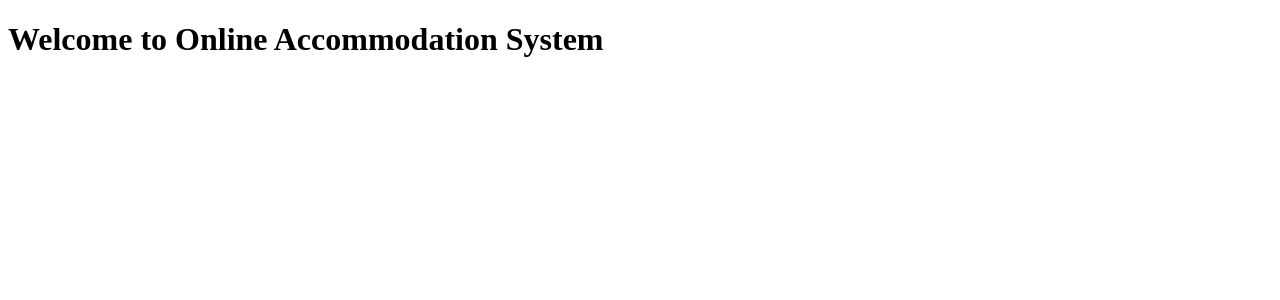
Repository: ITpatrick1/Accommodation-System
Page: http://localhost/test.php
These files come from the project's save history. The page is drawn as it stood at one moment and after a run of saves; the edit follows.
The browser window is 1280 px wide. The pictures show the whole page.
The page is run by PHP 8.4 with error messages shown; the project is at /var/www/html/.

Above is the page before, as saved 2024-08-19 18:26:31.

After the next 2 saves:
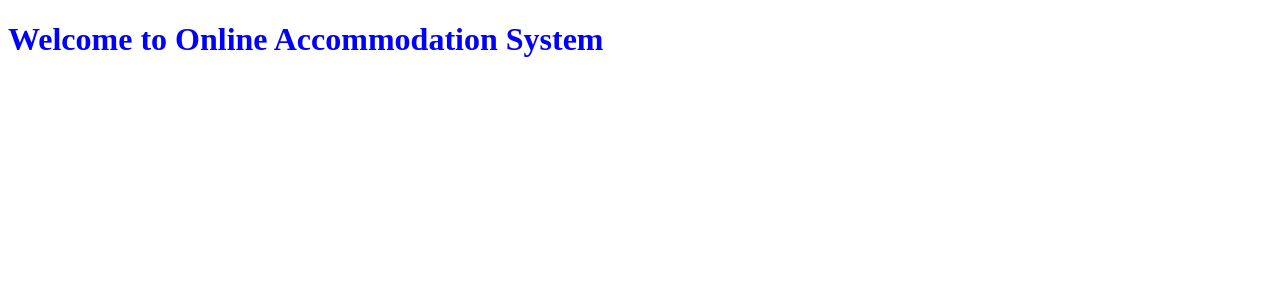
The 2 saves are shown as one change because they came seconds apart.
The last was saved 7 s later.
--- a/test.php
+++ b/test.php
@@ -6,7 +6,7 @@
     <title>Display Message</title>
 </head>
 <body>
-    <h1 style="">Welcome to Online Accommodation System</h1>
+    <h1 style="color: blue;">Welcome to Online Accommodation System</h1>
 
 </body>
 </html>
